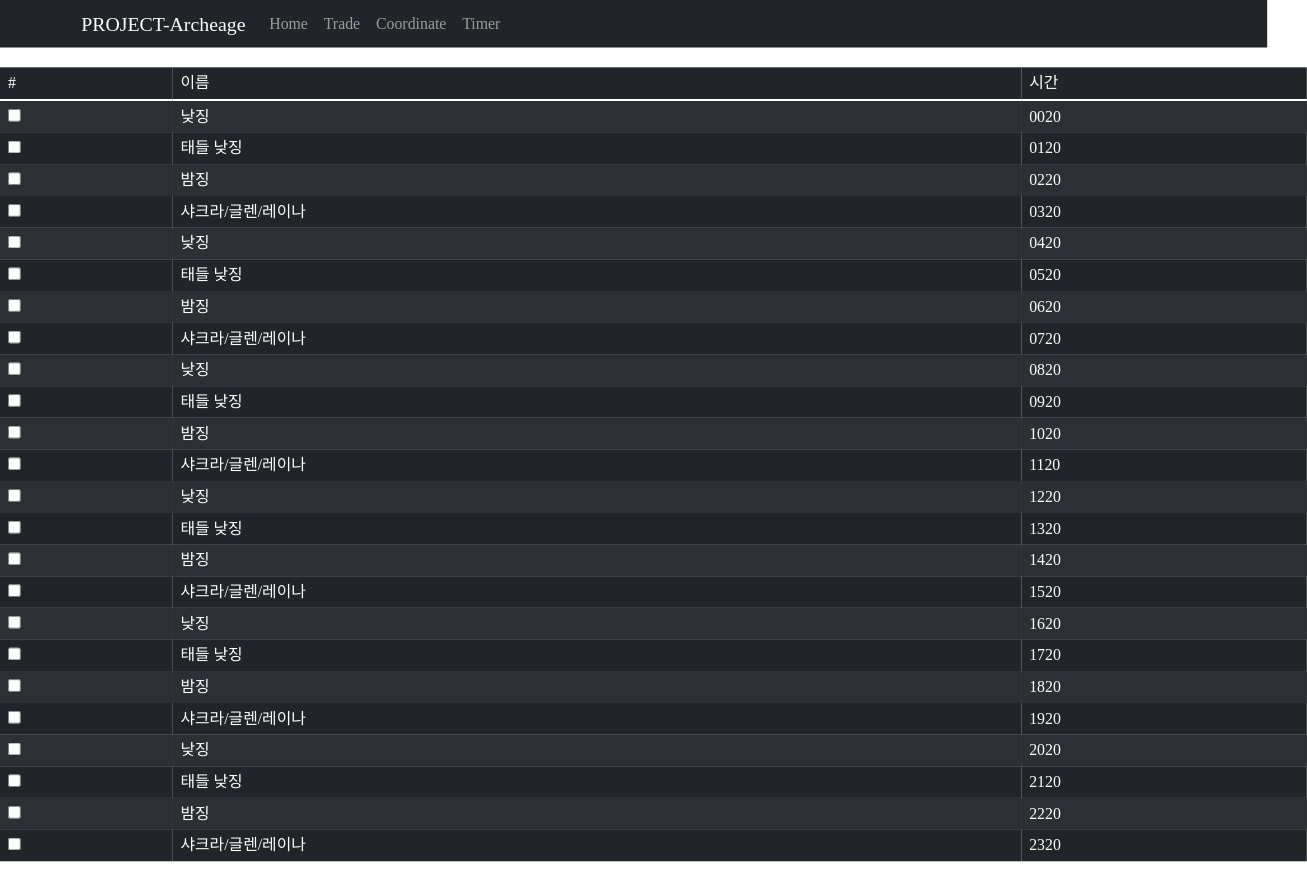
Repository: minsang98/project-archeage
Page: /timer
An editor plug-in stored every save of this project. The page is shown before and after the next save, followed by the edit.
The browser window is 1280 px wide. The page is 1320 px wide, so the pictures cover 1320 px, including what lies to the right of the window. The pictures show the whole page, at 99% of full size.
The project was rebuilt for these pictures with package versions that can differ from the ones it lists, and the page was loaded fresh each time. Imported but missing from the stored project, and not drawn on this page: src/components/Timer/lol.mp3.

Above is the page before, as saved 2022-01-12 20:52:34.

After the next save:
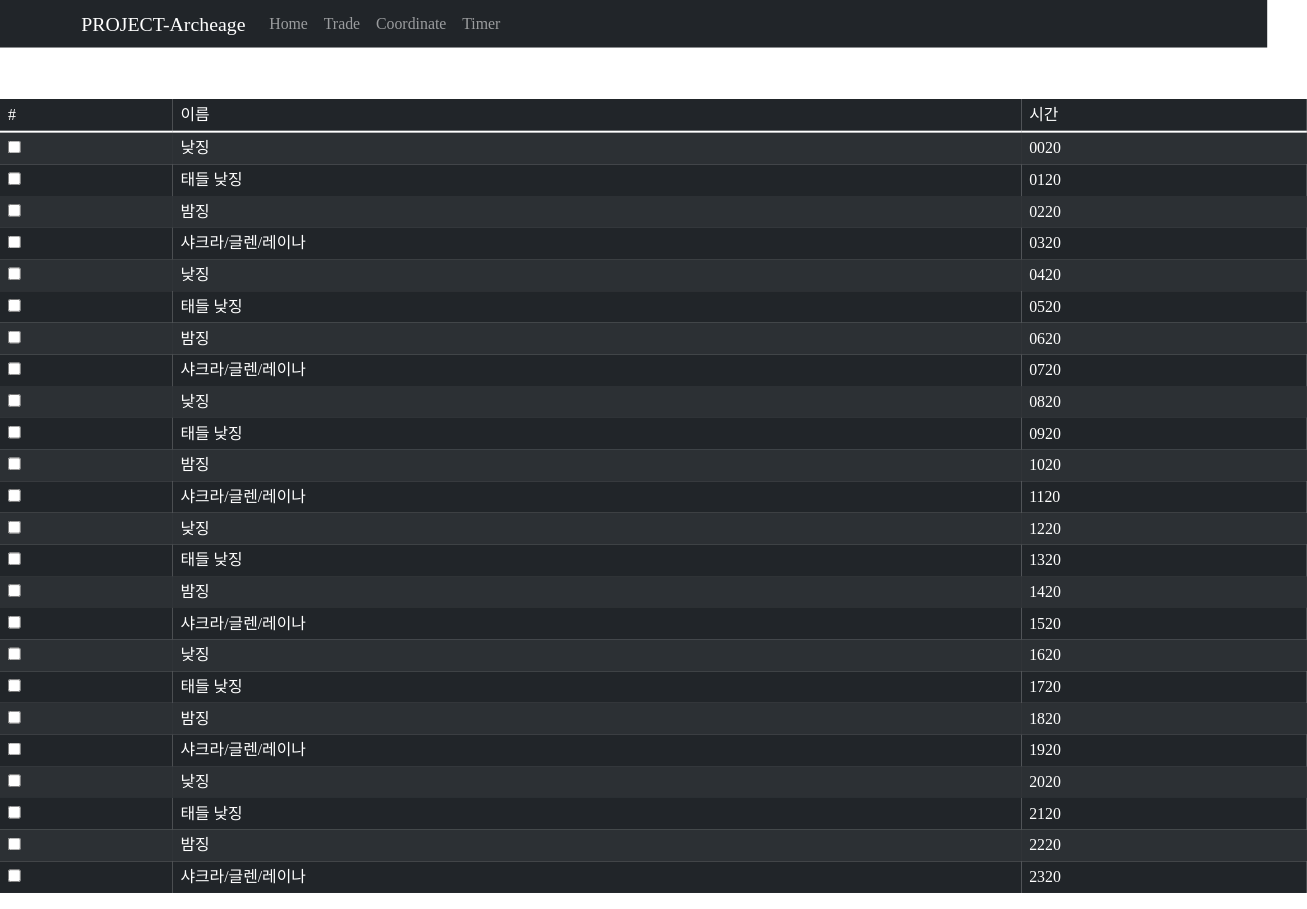
Saved 4 s later.
--- a/src/container/TimerContainer.js
+++ b/src/container/TimerContainer.js
@@ -4,7 +4,7 @@ import styled from 'styled-components';
 import Timer from '../components/Timer/Timer';
 
 const Container = styled.div`
-  padding-top: 1.225rem;
+  padding-top: 3.25rem;
   margin: auto;
   width: 1320px;
 `;
